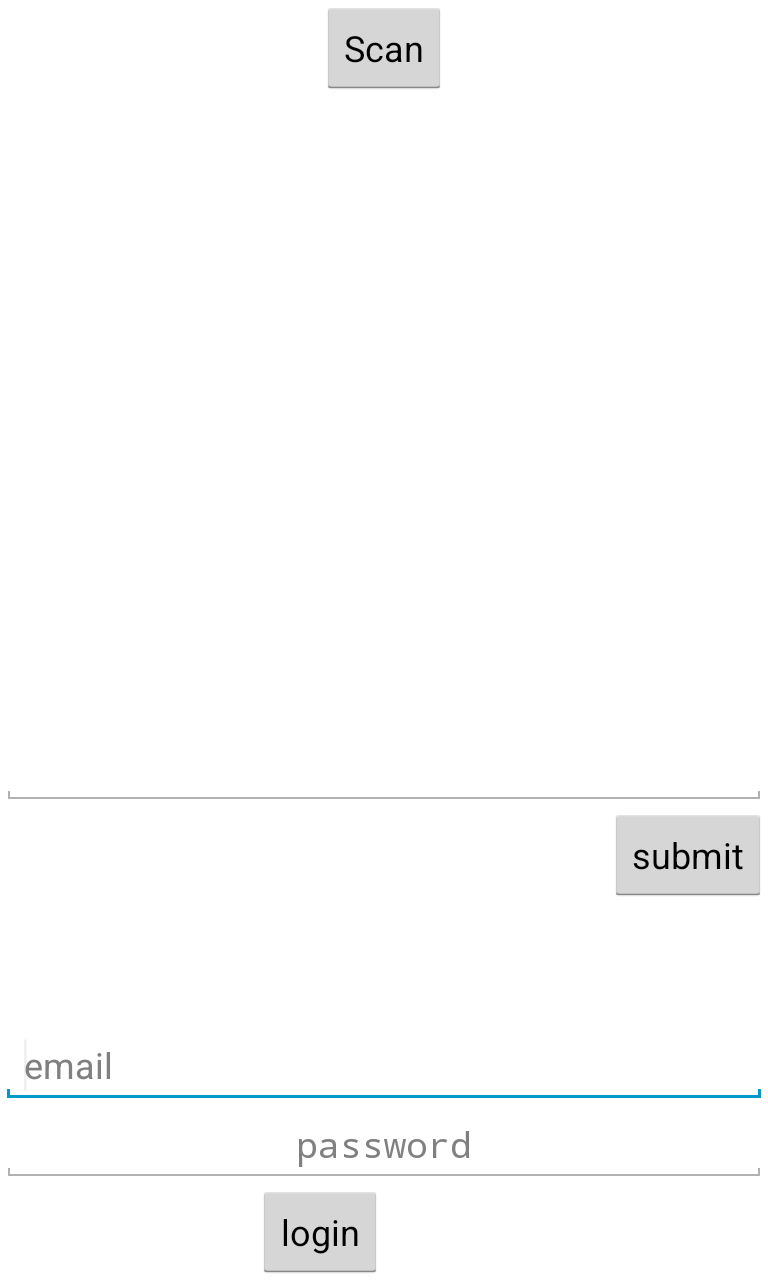
Repository: jessewang129/BarcodeScanner
Layout: nwhack/res/layout/activity_main.xml
An editor plug-in stored every save of this project. The layout is shown before and after the next save, followed by the edit.
It is drawn on a 768 x 1280 px phone screen (xhdpi) without system bars, with theme AppTheme; the app's code is not run.

Above is the layout before, as saved 2015-03-15 13:24:46.

After the next save:
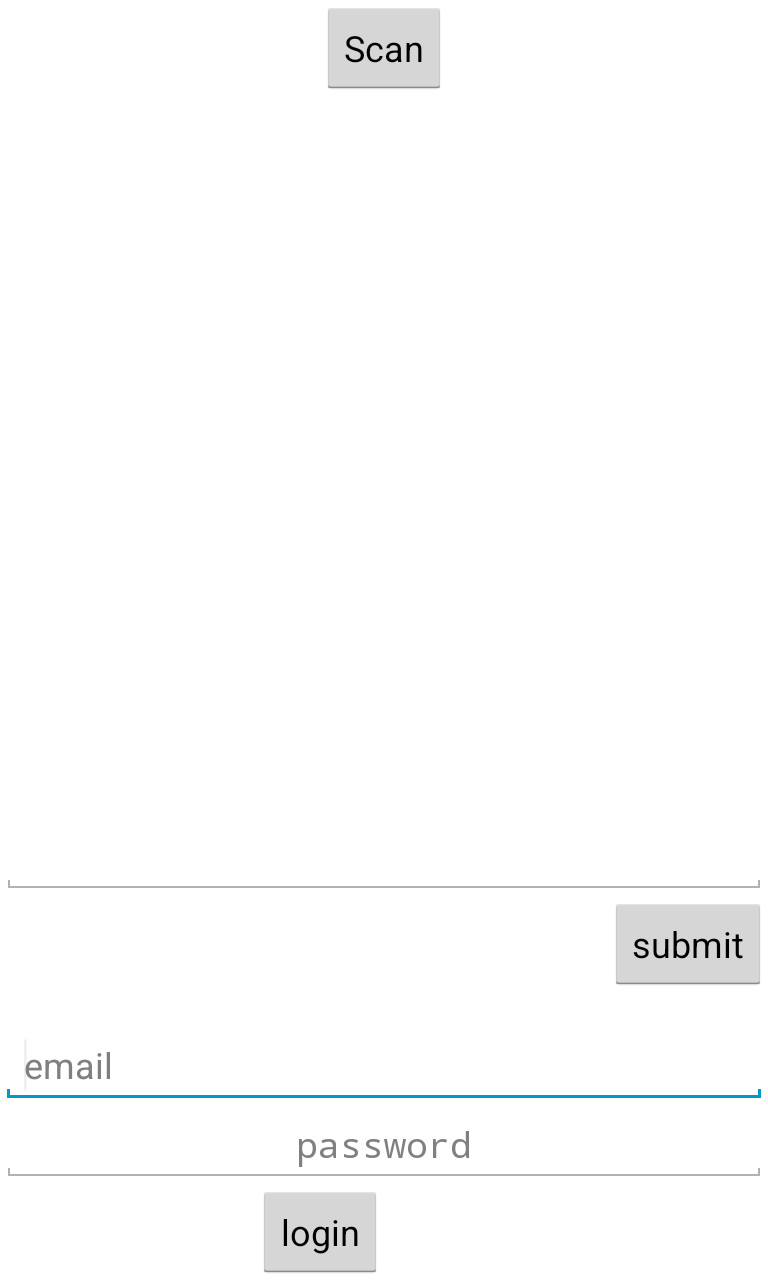
Saved 112 s later.
--- a/nwhack/res/layout/activity_main.xml
+++ b/nwhack/res/layout/activity_main.xml
@@ -57,7 +57,6 @@
 	    android:layout_height="wrap_content"
 	    android:layout_above="@+id/submit_button"
 	    android:layout_alignParentLeft="true"
-	    android:layout_below="@+id/product_name"
 	    android:ems="10"
 	    android:inputType="text" />
 
@@ -88,8 +87,9 @@
 	    android:id="@+id/submit_button"
 	    android:layout_width="wrap_content"
 	    android:layout_height="wrap_content"
-	    android:layout_above="@+id/login_result"
+	    android:layout_alignBottom="@+id/login_result"
 	    android:layout_alignParentRight="true"
+	    android:layout_marginBottom="17dp"
 	    android:text="@string/submit" />
 
 </RelativeLayout>
